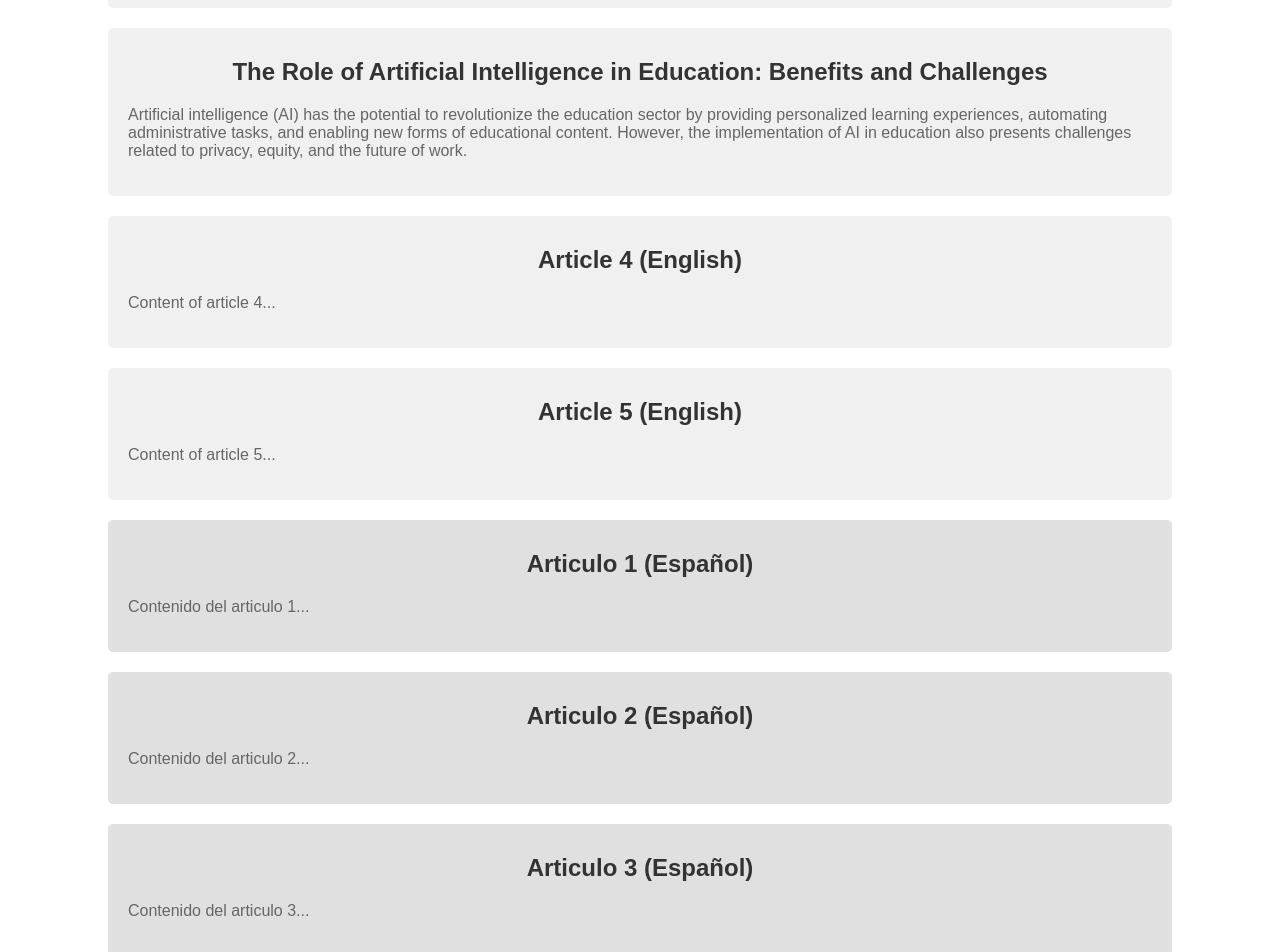
Repository: ByteFros/ramon
Page: ejercicio.html
An editor plug-in stored every save of this project. The page is shown before and after the next save, followed by the edit.
The browser window is 1280 px wide. The pictures show the part of the page from y = 474 to 1426 px (the page is 1843 px tall before and 1915 px after).
A picture or video elsewhere on the page could not be fetched, so the positions and the page height are approximate.

Above is the page before, as saved 2024-02-06 19:16:44.

### ejercicio.html
<!DOCTYPE html>
<html lang="en">
  <head>
    <meta charset="UTF-8" />
    <meta name="viewport" content="width=device-width, initial-scale=1.0" />
    <link rel="stylesheet" href="style.css" />
    <title>Document</title>
  </head>
  <body>
    <h1>Noticias Educativas</h1>
    <h2>Vision General</h2>

    <!-- English Articles -->
    <article class="english-article">
      <h2>Dns Over Https (DoH) Protocol: What It Is and How It Works</h2>
      <p>
        In an effort to strengthen online privacy and security, major Internet
        service providers and technology companies have adopted the DNS Over
        HTTPS (DoH) protocol as a measure to protect user information during web
        browsing. The DNS, or Domain Name System, acts as the directory of the
        Internet, translating human-readable domain names into machine-readable
        IP addresses
      </p>
    </article>

    <article class="english-article">
      <h2>The Importance of Cybersecurity in the Education Sector</h2>
      <p>
        The education sector is increasingly reliant on technology to deliver
        educational content and manage administrative tasks. As a result,
        schools and educational institutions are becoming more vulnerable to
        cyber threats. Cybersecurity is essential to protect sensitive student
        and staff information, as well as to ensure the integrity of educational
        resources and systems.
      </p>
    </article>

    <article class="english-article">
      <h2>
        The Role of Artificial Intelligence in Education: Benefits and
        Challenges
      </h2>
      <p>
        Artificial intelligence (AI) has the potential to revolutionize the
        education sector by providing personalized learning experiences,
        automating administrative tasks, and enabling new forms of educational
        content. However, the implementation of AI in education also presents
        challenges related to privacy, equity, and the future of work.
      </p>
    </article>

    <article class="english-article">
      <h2>Article 4 (English)</h2>
      <p>Content of article 4...</p>
    </article>

    <article class="english-article">
      <h2>Article 5 (English)</h2>
      <p>Content of article 5...</p>
    </article>
    <!-- articulos en español -->
    <article class="spanish-article">
      <h2>Articulo 1 (Español)</h2>
      <p>Contenido del articulo 1...</p>
    </article>

    <article class="spanish-article">
      <h2>Articulo 2 (Español)</h2>
      <p>Contenido del articulo 2...</p>
    </article>

    <article class="spanish-article">
      <h2>Articulo 3 (Español)</h2>
      <p>Contenido del articulo 3...</p>
    </article>

    <article class="spanish-article">
      <h2>Articulo 4 (Español)</h2>
      <p>Contenido del articulo 4...</p>
    </article>

    <article class="spanish-article">
      <h2>Articulo 5 (Español)</h2>
      <p>Contenido del articulo 5...</p>
    </article>

    <!-- RSS Feed -->
    <div>
      <a href="rss_feed.xml">
        <img src="logo.png" alt="RSS Feed Logo" />
      </a>
    </div>
  </body>
</html>

### style.css
/* Estilo para el cuerpo del documento */
body {
    font-family: Arial, sans-serif;
    margin: 0;
    padding: 0;
}

/* Estilo para el título principal */
h1 {
    text-align: center;
    margin-top: 20px;
}

/* Estilo para el subtítulo */
h2 {
    text-align: center;
    margin-top: 10px;
}

/* Estilo para los artículos en inglés */
.english-article {
    background-color: #f0f0f0;
    padding: 20px;
    margin: 20px auto;
    border-radius: 5px;
    width: 80%;
}

/* Estilo para los artículos en español */
.spanish-article {
    background-color: #e0e0e0;
    padding: 20px;
    margin: 20px auto;
    border-radius: 5px;
    width: 80%;
}

/* Estilo para los títulos de los artículos */
h2 {
    color: #333;
}

/* Estilo para los párrafos de los artículos */
p {
    color: #666;
}

/* Estilo para el contenedor del feed RSS */
div {
    text-align: center;
    margin-top: 30px;
}

/* Estilo para el logo del feed RSS */
div img {
    width: 100px;
    height: auto;
}

After the next save:
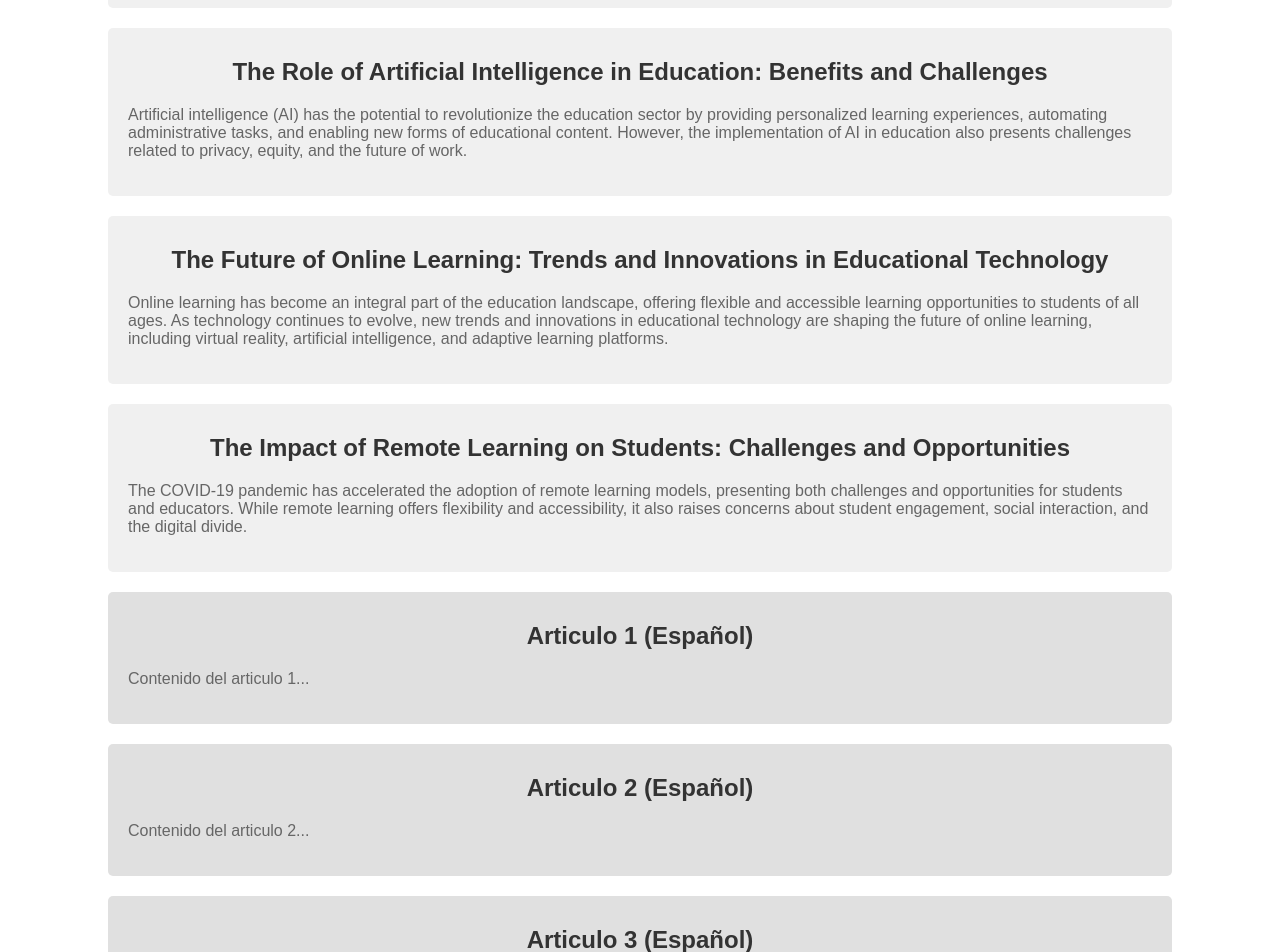
Saved 28 s later.
--- a/ejercicio.html
+++ b/ejercicio.html
@@ -50,13 +50,31 @@
     </article>
 
     <article class="english-article">
-      <h2>Article 4 (English)</h2>
-      <p>Content of article 4...</p>
+      <h2>
+        The Future of Online Learning: Trends and Innovations in Educational
+        Technology
+      </h2>
+      <p>
+        Online learning has become an integral part of the education landscape,
+        offering flexible and accessible learning opportunities to students of
+        all ages. As technology continues to evolve, new trends and innovations
+        in educational technology are shaping the future of online learning,
+        including virtual reality, artificial intelligence, and adaptive
+        learning platforms.
+      </p>
     </article>
 
     <article class="english-article">
-      <h2>Article 5 (English)</h2>
-      <p>Content of article 5...</p>
+      <h2>
+        The Impact of Remote Learning on Students: Challenges and Opportunities
+      </h2>
+      <p>
+        The COVID-19 pandemic has accelerated the adoption of remote learning
+        models, presenting both challenges and opportunities for students and
+        educators. While remote learning offers flexibility and accessibility,
+        it also raises concerns about student engagement, social interaction,
+        and the digital divide.
+      </p>
     </article>
     <!-- articulos en español -->
     <article class="spanish-article">
